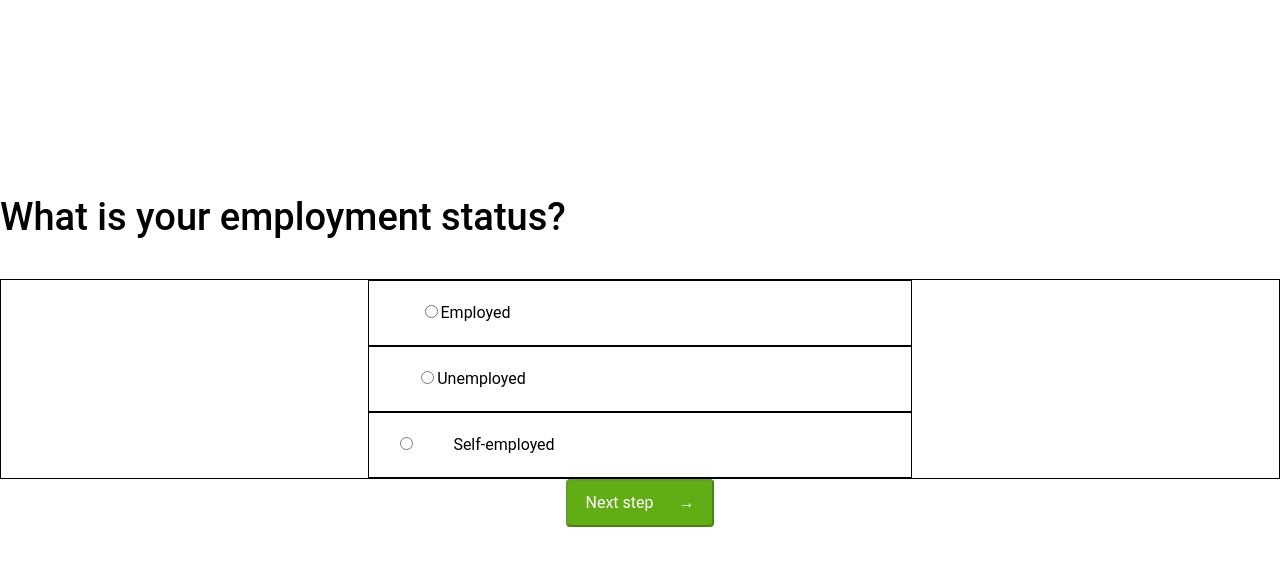
Repository: andbilous/task-survey
Page: /employment-status
An editor plug-in stored every save of this project. The page is shown before and after a run of saves, followed by the edit.
The browser window is 1280 px wide. The pictures show the whole page.
The project was rebuilt for these pictures with package versions that can differ from the ones it lists, and the page was loaded fresh each time. Also part of the build but not shown: src/pages/FillingStatus.jsx, src/pages/Proprietorships.jsx, src/pages/Score.jsx.

Above is the page before, as saved 2020-06-18 16:56:19.

### src/App.js
import React from 'react';
import { Provider } from 'react-redux'
import { store } from './redux/store'
import {
  BrowserRouter as Router,
  Switch,
  Route,
} from "react-router-dom";
import './App.css';
import {Header} from './components/Header';
import {EmploymentStatusPage} from './pages/EmploymentStatus';
import {FillingStatusPage} from './pages/FillingStatus';
import {ProprietorshipsPage} from './pages/Proprietorships';
import {ScorePage} from './pages/Score';


function App() {
  return (
    <Router>
    <Provider store={store}>
    <Switch>
    <div className="App">
      <Header/>
      <Route path="/employment-status">
            <EmploymentStatusPage />
          </Route>
          <Route path="/filling-status">
            <FillingStatusPage />
          </Route>
          <Route path="/proprietorship">
            <ProprietorshipsPage />
          </Route>
          <Route path="/score">
            <ScorePage />
          </Route>
    </div>
    </Switch>
    </Provider>
    </Router>
  );
}

export default App;

### src/redux/store.js
import { applyMiddleware, createStore } from 'redux';
import logger from 'redux-logger';
import thunk from 'redux-thunk';

import { rootReducer } from './rootReducer';

const middleware = [thunk, logger];

export const store = createStore(rootReducer, applyMiddleware(...middleware));

### src/App.css
* {
  text-align: center;
  box-sizing: border-box;
  font-family: Roboto;
  font-style: normal;
  font-weight: normal;
}
h2{
  font-family: Roboto;
font-style: normal;
font-weight: 500;
font-size: 38px;
line-height: 60px;
display: flex;
align-items: center;
text-align: center;
}
.list-item{
  width: 544px;
  height: 66px;
  border: 1px solid black;
  padding-top: 21px;
}
/* .App {
  text-align: center;
  background-color: #333;
}

.App-logo {
  height: 40vmin;
  pointer-events: none;
}

@media (prefers-reduced-motion: no-preference) {
  .App-logo {
    animation: App-logo-spin infinite 20s linear;
  }
}

.App-header {
  background-color: #282c34;
  min-height: 100vh;
  display: flex;
  flex-direction: column;
  align-items: center;
  justify-content: center;
  font-size: calc(10px + 2vmin);
  color: white;
}

.App-link {
  color: #61dafb;
}

@keyframes App-logo-spin {
  from {
    transform: rotate(0deg);
  }
  to {
    transform: rotate(360deg);
  }
} */

### src/components/Header.jsx
import React from "react";
import { connect } from "react-redux";

const Header = ({ progress }) => {
  return (
    <>
      <div style={styles.general} />
      <div
        style={{
          width: `${progress}%`,
          height: "75px",
          backgroundColor: "#61AD15",
        }}
      ></div>
    </>
  );
};

const styles = {
  general: {
    position: "absolute",
    left: "0%",
    right: "0%",
    top: "0%",
    bottom: "0%",
    height: "72px",
    backgroundColor: "#fff",
  },
};

const HeaderContainer = connect(
  (state) => ({
    progress: state.surveyReducer.progress,
  }),
  (dispatch) => ({})
)(Header);

export { HeaderContainer as Header };

### src/pages/EmploymentStatus.jsx
import React, { useState } from "react";
import { useHistory } from "react-router-dom";
import { connect } from "react-redux";
import Footer from "../components/Footer";
import { setEmploymentStatus } from "../redux/survey/actions";

const EmploymentStatusPage = ({ setEmploymentStatus }) => {
  const history = useHistory();
  const [disableFooter, setDisableFooter] = useState(true);
  const [value, setValue] = useState("");

  const navigateNextPage = () => {
    if (value === "Employed" || value === "Unemployed") {
      history.push("/filling-status");
    } else {
      history.push("/proprietorship");
    }
  };

  const handleChange = (value) => {
    console.log(value);
    setDisableFooter(false);
    setEmploymentStatus(value);
    setValue(value);
  };
  return (
    <div style={{ backgroundColor: "#fff", marginTop: "7rem" }}>
      <h2>What is your employment status?</h2>
      <form>
        <div
          id="1"
          style={styles.parent}
          className="radio"
        >
          <label className="list-item" style={{paddingRight: '350px'}}>
            <input
              onClick={() => handleChange("Employed")}
              name="1"
              type="radio"
              value="Employed"
            />
            Employed
          </label>
          <label className="list-item" style={{paddingRight: '338px'}}>
            <input
              onClick={() => handleChange("Unemployed")}
              name="1"
              type="radio"
              value="Unemployed"
            />
            Unemployed
          </label>
          <label className="list-item" style={{paddingRight: '330px'}}>
            <input
              style={styles.input}
              onClick={() => handleChange("SelfEmployed")}
              name="1"
              type="radio"
              value="SelfEmployed"
            />
            Self-employed
          </label>
        </div>
      </form>
      <Footer disable={disableFooter} navigateNextPage={navigateNextPage} />
    </div>
  );
};

const styles = {
  parent: {
    background: '#fff',
    marginTop: "2rem",
    border: "1px solid black",
    display: "flex",
    flexDirection: "column",
    alignItems: "center",
    textAlign: "center",
  },
  item: {
    width: "544px",
    height: "66px",
    border: "1px solid black",
    paddingTop: '21px',
  },
  input :{
    marginRight: '40px'
  }
};

const EmploymentStatusPageContainer = connect(
  (state) => ({}),
  (dispatch) => ({
    setEmploymentStatus: (value) => dispatch(setEmploymentStatus(value)),
  })
)(EmploymentStatusPage);

export { EmploymentStatusPageContainer as EmploymentStatusPage };

### src/redux/rootReducer.js
import { combineReducers } from 'redux'
import surveyReducer from './survey/reducer'

export const rootReducer = combineReducers({
  surveyReducer
})

### src/components/Footer.jsx
import React from "react";

const Footer = ({ disable, navigateNextPage, navigatePrevPage }) => {
  if (navigatePrevPage && navigateNextPage) {
    return (
      <div style={styles.general}>
        <button
          disabled={disable}
          onClick={() => {
            navigatePrevPage();
          }}
        >
          Prev step
        </button>
        <button
          disabled={disable}
          onClick={() => {
            navigateNextPage();
          }}
        >
          Next step
        </button>
      </div>
    );
  }
  if (navigatePrevPage && !navigateNextPage) {
    return (
      <button
        disabled={disable}
        onClick={() => {
          navigatePrevPage();
        }}
      >
        Prev step
      </button>
    );
  }
  if (!navigatePrevPage && navigateNextPage) {
    return (
      <button
        style={styles.button}
        disabled={disable}
        onClick={() => {
          navigateNextPage();
        }}
      >
        <span>Next step</span>
        <span style={styles.arrow}>&#8594;</span>
      </button>
    );
  }
};

const styles = {
  general: {
    position: "absolute",
    bottom: "0",
    width: "100%",
    height: "2.5rem",
    backgroundColor: "#fff",
  },
  button: {
    color: "#fff",
    width: "148px",
    height: "48px",
    background: "#61AD15",
    textAlign: "center",
    fontSize: "16px",
    lineHeight: "26px",
    borderRadius: "4px",
  },
  arrow: {
    marginLeft: '25px',
    transform: "matrix(1, 0, 0, -1, 0, 0)",
  },
};

export default Footer;

### src/redux/survey/actions.js
import types from './types';

export const setEmploymentStatus = (value) => {
    if(value === 'Employed'){
      return {
        type: types.SET_EMPLOYMENT_STATUS,
        employmentStatus: value,
        count: 10,

      }
    }
      if(value === 'Unemployed'){
        return {
          type: types.SET_EMPLOYMENT_STATUS,
          employmentStatus: value,
          count: 20
        }
      }
        if(value === 'SelfEmployed'){
          return {
            type: types.SET_EMPLOYMENT_STATUS,
            employmentStatus: value,
            count: 30
          }
    }
};

export const setProprietorshipsCount = (value) => ({
    type: types.SET_PROPRIETORSHIPS_MULTIPLIER,
    multiplier: value
})

export const setFillingStatus = (values) =>{
  if(!values.length){
    return {
      type: types.SET_FILLING_STATUS,
      count: 0
    }
}
  if(values.length===1){
    return {
      type: types.SET_FILLING_STATUS,
      count: 10
    }
}
  return {
    type: types.SET_FILLING_STATUS,
    count: (values.length)*5
  }
}

export const displayResult = () =>({
  type: types.DISPLAY_RESULT
})

### src/redux/survey/reducer.js
import types from './types'

const initialValues = {
  count: 0,
  employmentStatus:'',
  progress: 0
}

const surveyReducer = (state = initialValues, action) => {
  switch (action.type) {
    case types.SET_EMPLOYMENT_STATUS:
      return {
        ...state,
        count: state.count + action.count,
        employmentStatus: action.employmentStatus,
        progress: 30
      }
      case types.SET_PROPRIETORSHIPS_MULTIPLIER:
        return {
          ...state,
          count: state.count * action.multiplier,
          progress: 50
        }
        case types.SET_FILLING_STATUS:
        return {
          ...state,
          count: state.count + action.count,
          progress: 70
        }
        case types.DISPLAY_RESULT:
        return {
          ...state,
          progress: 100
        }

    default:
      return state
  }
}

export default surveyReducer;

### src/redux/survey/types.js
const types = {
  SET_EMPLOYMENT_STATUS:'SET_EMPLOYMENT_STATUS',
  SET_PROPRIETORSHIPS_MULTIPLIER: 'SET_PROPRIETORSHIPS_MULTIPLIER',
  SET_FILLING_STATUS: 'SET_FILLING_STATUS',
  DISPLAY_RESULT: 'DISPLAY_RESULT'
}

export default types;

Loaded but not shown: public/index.html (common file); src/index.js (common file); src/index.css (common file); src/serviceWorker.js (common file)

After the next 2 saves:
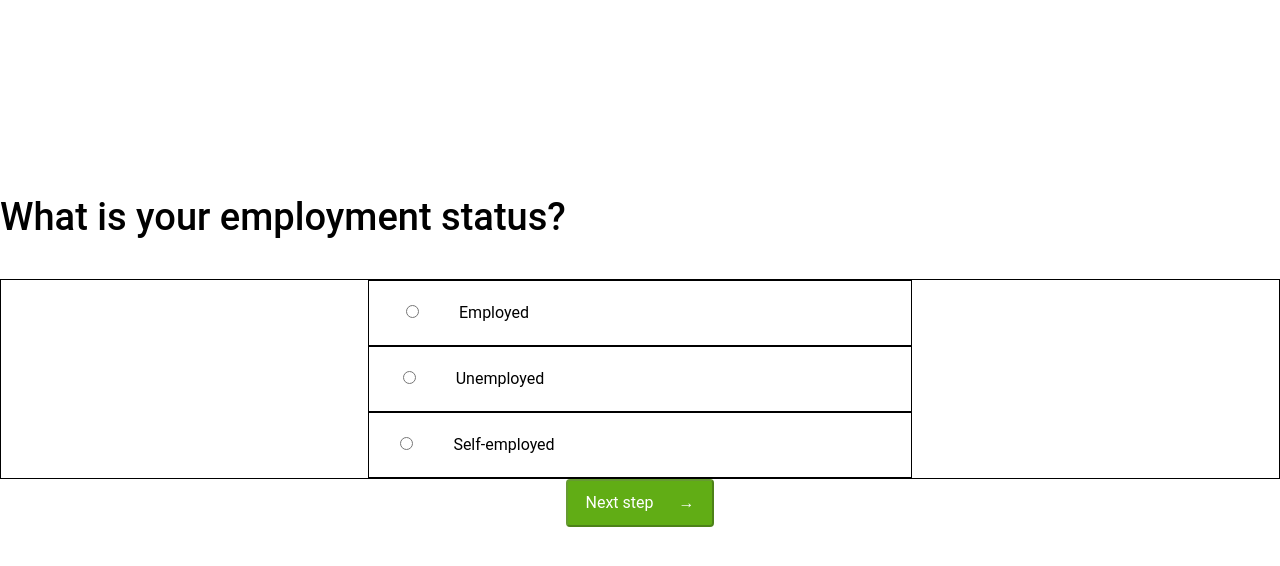
The 2 saves are shown as one change because they came seconds apart.
The last was saved 14 s later.
--- a/src/pages/EmploymentStatus.jsx
+++ b/src/pages/EmploymentStatus.jsx
@@ -34,6 +34,7 @@ const EmploymentStatusPage = ({ setEmploymentStatus }) => {
         >
           <label className="list-item" style={{paddingRight: '350px'}}>
             <input
+              style={styles.input}
               onClick={() => handleChange("Employed")}
               name="1"
               type="radio"
@@ -43,6 +44,7 @@ const EmploymentStatusPage = ({ setEmploymentStatus }) => {
           </label>
           <label className="list-item" style={{paddingRight: '338px'}}>
             <input
+              style={styles.input}
               onClick={() => handleChange("Unemployed")}
               name="1"
               type="radio"
